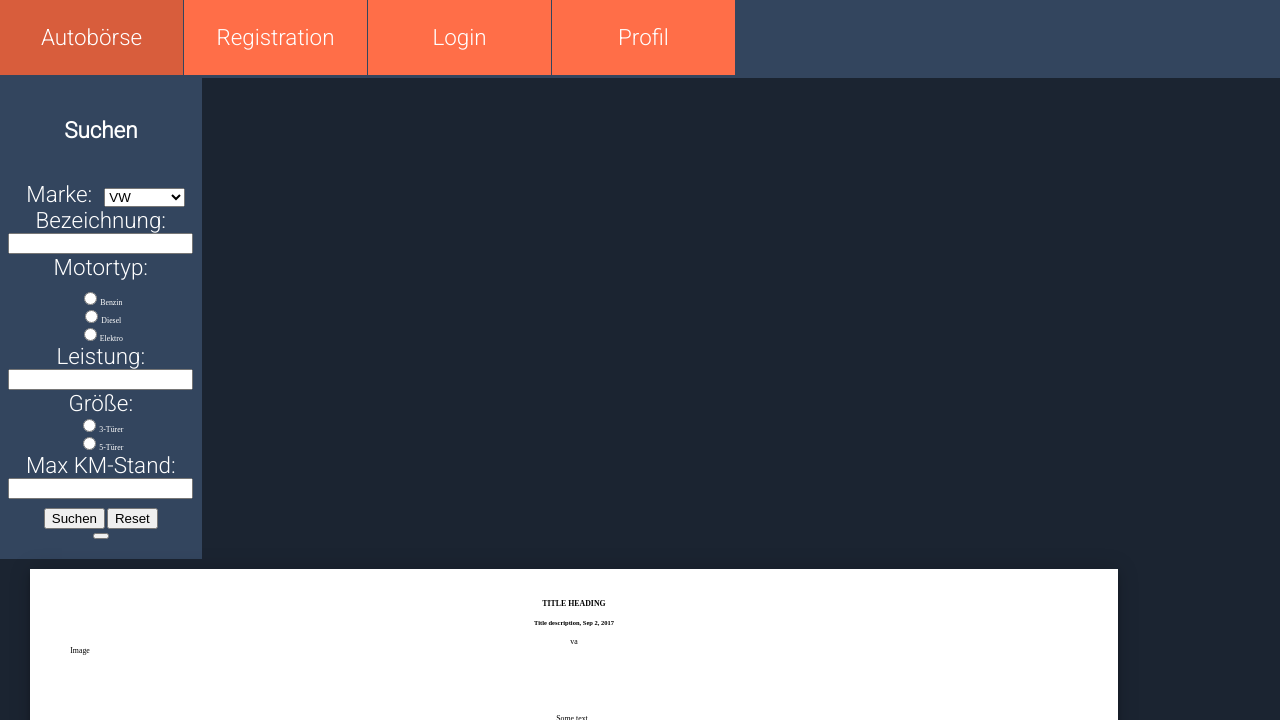
Repository: Turkelten/CarAdminstration
Page: Autobörse/WebContent/index.html
An editor plug-in stored every save of this project. The page is shown before and after the next save, followed by the edit.
The browser window is 1280 px wide. The pictures show the whole page.

Above is the page before, as saved 2020-07-19 19:48:49.

After the next save:
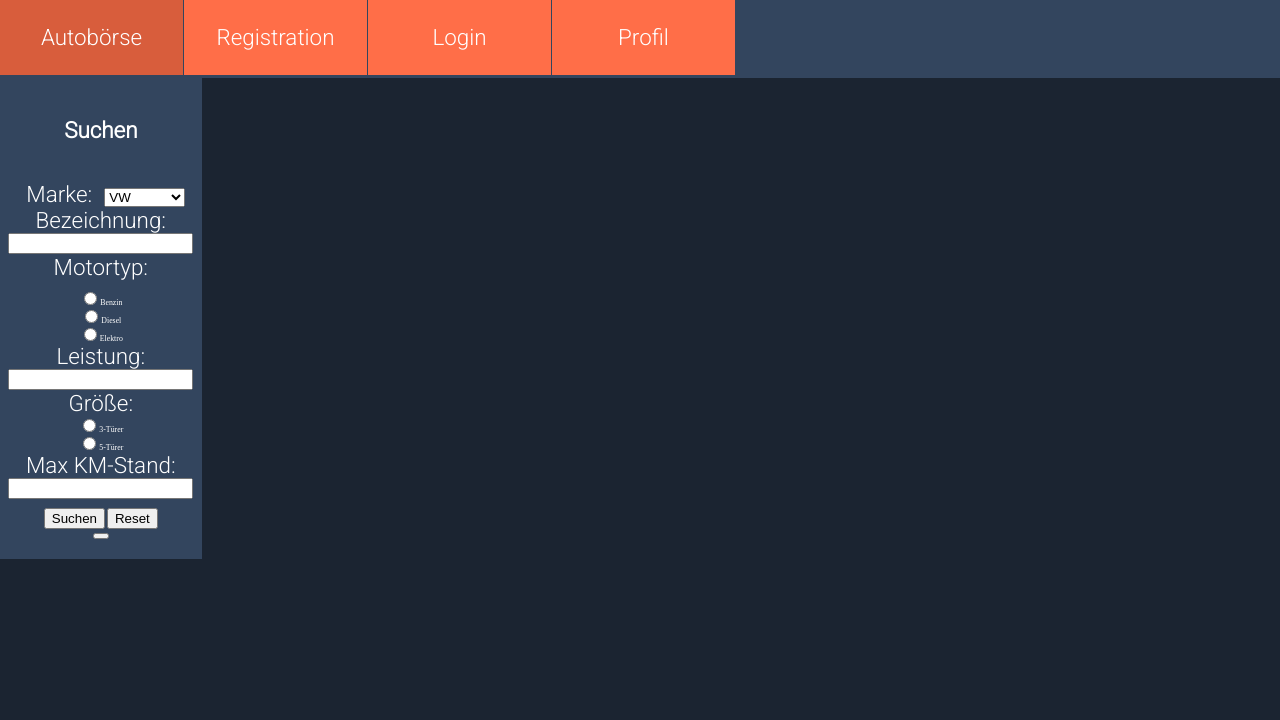
Saved 8 s later.
--- a/Autobörse/WebContent/index.html
+++ b/Autobörse/WebContent/index.html
@@ -58,13 +58,7 @@
 			</div>
 		</div>
 		<div class="user-page">
-		  	<div class="anzeige">
-			      <h4>TITLE HEADING</h4>
-			      <h5>Title description, Sep 2, 2017</h5>va
-			      <div class="fakeimg" style="height:60px; width: 60px">Image</div>
-			      <p>Some text..</p>
-			      <p>Sunt in culpa qui officia deserunt mollit anim id est laborum consectetur adipiscing elit, sed do eiusmod tempor incididunt ut labore et dolore magna aliqua. Ut enim ad minim veniam, quis nostrud exercitation ullamco.</p>
-			</div>
+
 		</div>
 	</div>
 
